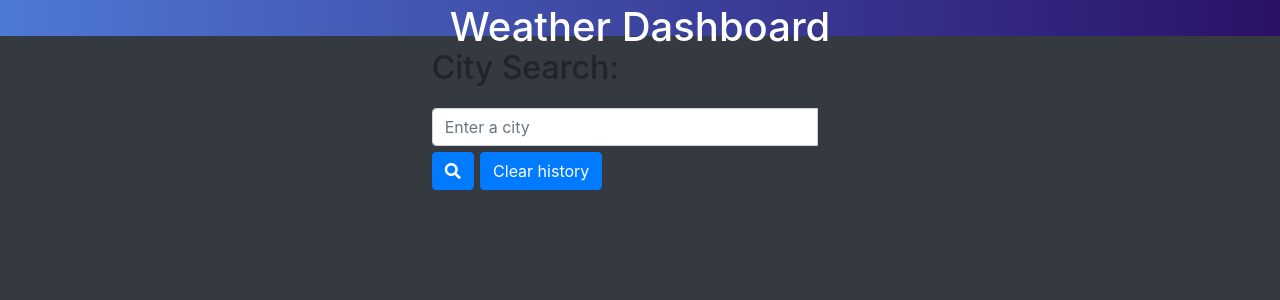
Repository: brenhamp/weather-dashboard
Page: index.html
The author's editor kept a copy of each file at every save. The page is drawn from the files as they stood at one save, then again after the next save.
The browser window is 1280 px wide. The pictures show the whole page.
Some web libraries are served in a nearby version.

Above is the page before, as saved 2021-12-12 21:46:32.

### index.html
<!DOCTYPE html>
<html lang="en">
<head>
    <meta charset="UTF-8">
    <meta http-equiv="X-UA-Compatible" content="IE=edge">
    <meta name="viewport" content="width=device-width, initial-scale=1.0">
    <link rel="stylesheet" href="./assets/css/style.css">
    <link rel="stylesheet" href="https://stackpath.bootstrapcdn.com/bootstrap/4.3.1/css/bootstrap.min.css" crossorigin="anonymous">
    <link rel="stylesheet" href="https://cdnjs.cloudflare.com/ajax/libs/font-awesome/5.11.2/css/all.min.css">
    <title>Weather Dashboard</title>
</head>
<body class="bg-dark">
    <header class="hero">
        <h1>Weather Dashboard</h1>
    </header>

    <div class="row container-fluid">
        <div class="col-lg-4">
            <h2>City Search:</h2>
            <div class="input-group">
                <input id="city-input" type="text" class="form-control" placeholder="Enter a city" aria-label="Enter a city">
                <div class="input-group append">
                    <button class="btn btn-primary" type="button" id="search-button">
                        <i class="fas fa-search"></i>
                    </button>

                    <button class="btn btn-primary" type="button" id="clear-history">Clear history</button>
                </div>
            </div>

            <form id="history"></form>

        </div>
        <div class="col-lg-9">
            <div class="row text-center">
                <div id="todays-weather">
                    <div>
                        <h2 id="city-name" class="city-name">
                        </h2>
                        <img id="sky">
                        <div id="temperature"></div>
                        <div id="humidity"></div>
                        <div id="wind"></div>
                        <div id="UV"></div>
                    </div>
                </div>
            </div>

            <!-- hide forecast until needed -->
            <div id="five-day-forecast" class="d-none">
                <h3>Five-Day Forecast</h3>
                <div class="row">
                    <div class="forecast"></div>
                    <div class="forecast"></div>
                    <div class="forecast"></div>
                    <div class="forecast"></div>
                    <div class="forecast"></div>
                </div>
            </div>
        </div>
    </div>


    <script src="https://unpkg.com/axios/dist/axios.min.js"></script>
    <script src="./assets/js/script.js"></script>

</body>
</html>

### assets/css/style.css
.hero {
    background-image: linear-gradient(to right, rgb(78, 121, 214), rgb(43, 17, 104));
    height: 5vh;
    text-align: center;
    margin: auto;
    line-height: 5vh;
    color: white
}

h1 {
    line-height: inherit;
    padding: .25vw 0;
}

h2 {
    padding: 1vw 0;
}

h3 {
    padding: 1vw 0 1vw 1vw;
}

.row {
    justify-content: space-around;
}

p {
    text-align: center;
}

button:not(:disabled) {
    margin: 0.5vw 0.5vw 0.5vw 0;
}

#history {
    margin: auto;
}

.forecast {
    padding: .25vw;
    background-color:rgb(113, 113, 246);
    height: 18vh;
    width: 15%;
    border-radius:10px;
}

### assets/js/script.js
function weatherDashboard() {
    //define HTML elements
const city = document.getElementById("city-input");
const search = document.getElementById("search-button");
const clear = document.getElementById("clear-history");
const name = document.getElementById("city-name");
const sky = document.getElementById("sky");
const temp = document.getElementById("temperature");
const humidity = document.getElementById("humidity");
const wind = document.getElementById("wind");
const UV = document.getElementById("UV");
const history = document.getElementById("history");
const forecast = document.getElementById("five-day-forecast");
const todaysWeather = document.getElementById("todays-weather");

    //my API key from OpenWeather
    apiKey = "4f9f2b98f7dbd0bd303f0561775c2890";

    //function to contain all API requests
    function getWeather(cityName) {
        let queryURL = "https://api.openweathermap.org/data/2.5/weather?q=" + cityName + "&units=imperial" + "&appid=" + apiKey;
        axios.get(queryURL)
        .then(function(response) {
            todaysWeather.classList.remove("d-none");

            //retrieve current date for displaying
            currentDate = new Date(response.data.dt * 1000);
            day = currentDate.getDate();
            month = currentDate.getMonth() + 1;
            year = currentDate.getFullYear();

            name.innerHTML = response.data.name + " (" + month + "/" + day + "/" + year +")";

            //display today's weather including sky icon, temp, humidity and wind speed
            let skyImg = response.data.weather[0].icon;
            sky.setAttribute("src", "https://openweathermap.org/img/wn/" + skyImg + "@2x.png");
            sky.setAttribute("alt", response.data.weather[0].description);
            temp.innerHTML = "Temperature: " + response.data.main.temp + " &#176F";
            humidity.innerHTML = "Humidity: " + response.data.main.humidity + "%";
            wind.innerHTML = "Wind Speed: " + response.data.wind.speed + " MPH";

            //get UV index using latitude and longitude
            let lat = response.data.coord.lat;
            let lon = response.data.coord.lon;
            let UVQueryURL = "https://api.openweathermap.org/data/2.5/uvi/forecast?lat=" + lat + "&lon=" + lon + "&units=imperial" + "&appid=" + apiKey + "&cnt=1";
            axios.get(UVQueryURL)
                .then(function (response) {
                    //use span for HTML convenience
                    let UVIndex = document.createElement("span");

                    //change color to indicate mild/moderate/severe UV levels
                    if (response.data[0].value < 4 ) {
                        UVIndex.setAttribute("class", "badge badge-success");
                    }
                    else if (response.data[0].value < 8) {
                        UVIndex.setAttribute("class", "badge badge-warning");
                    }
                    else {
                        UVIndex.setAttribute("class", "badge badge-danger");
                    }
                    //append to HTML
                    UVIndex.innerHTML = response.data[0].value;
                    UV.innerHTML = "UV Index: ";
                    UV.append(UVIndex);
        });

           //five-day forecast script
           let cityID = response.data.id;
           let forecastQueryURL = "https://api.openweathermap.org/data/2.5/forecast?id=" + cityID + "&units=imperial" + "&appid=" + apiKey;
           axios.get(forecastQueryURL)
               .then(function (response) {
                   //when query is sent, show the forecast elements
                   forecast.classList.remove("d-none");

                       //select all forecast divs and assign future dates to them in order
                       const forecastEls = document.querySelectorAll(".forecast");
                       for (i = 0; i < forecastEls.length; i++) {
                           forecastEls[i].innerHTML = "";
                           const forecastIndex = i * 8 + 4;
                           const forecastDate = new Date(response.data.list[forecastIndex].dt * 1000);
                           const forecastDay = forecastDate.getDate();
                           const forecastMonth = forecastDate.getMonth() + 1;
                           const forecastYear = forecastDate.getFullYear();
                           const forecastDateEl = document.createElement("p");
                           forecastDateEl.setAttribute("class", "mt-3 mb-0 forecast-date");
                           forecastDateEl.innerHTML = forecastMonth + "/" + forecastDay + "/" + forecastYear;
                           forecastEls[i].append(forecastDateEl);

                           //append sky icons and weather info to each future day forecast
                           const forecastSky = document.createElement("img");
                           forecastSky.setAttribute("src", "https://openweathermap.org/img/wn/" + response.data.list[forecastIndex].weather[0].icon + "@2x.png");
                           forecastSky.setAttribute("alt", response.data.list[forecastIndex].weather[0].description);
                           forecastSky.setAttribute("class", "mx-auto text-center d-flex");
                           forecastEls[i].append(forecastSky);
                           const forecastTempEl = document.createElement("p");
                           forecastTempEl.innerHTML = "Temp: " + response.data.list[forecastIndex].main.temp + " &#176F";
                           forecastEls[i].append(forecastTempEl);
                           const forecastHumidityEl = document.createElement("p");
                           forecastHumidityEl.innerHTML = "Humidity: " + response.data.list[forecastIndex].main.humidity + "%";
                           forecastEls[i].append(forecastHumidityEl);
                       }
                    })
    });
}

    //search history functionality
    let searchHistory = JSON.parse(localStorage.getItem("search")) || [];

    function renderSearchHistory () {
        //start off blank
        history.innerHTML = "";
        //create new history item each time a city name is submitted
        for (let i = 0; i < searchHistory.length; i++) {
            const historyEl = document.createElement("input");
                historyEl.setAttribute("type", "text");
                historyEl.setAttribute("readonly", true);
                historyEl.setAttribute("class", "d-inline-block bg-dark text-light text-center align-center");
                historyEl.setAttribute("value", searchHistory[i]);
                historyEl.addEventListener("click", function() {
                getWeather(historyEl.value);
            })
            history.append(historyEl);
        }
    }

    //initial call for history function
    renderSearchHistory();

    //listener for search; save searches to localStorage
    search.addEventListener("click",  function () {
        searchTerm = city.value;
        getWeather(searchTerm);
        searchHistory.push(searchTerm);
        localStorage.setItem("search", JSON.stringify(searchHistory));
        renderSearchHistory();
    })


    //listener for clear button; clear localStorage and leave search array blank
    clear.addEventListener("click", function () {
        localStorage.clear();
        searchHistory = [];
        renderSearchHistory();
    })


};

//initialize javascript
weatherDashboard ();

After the next save:
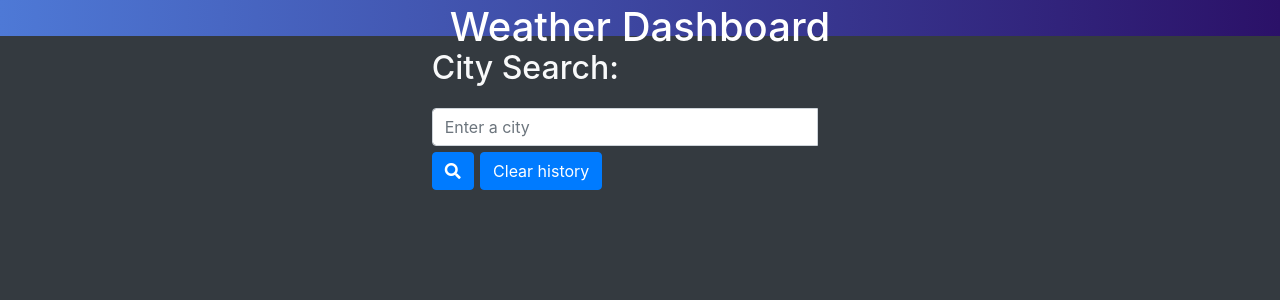
Saved 23 s later.
--- a/index.html
+++ b/index.html
@@ -9,7 +9,7 @@
     <link rel="stylesheet" href="https://cdnjs.cloudflare.com/ajax/libs/font-awesome/5.11.2/css/all.min.css">
     <title>Weather Dashboard</title>
 </head>
-<body class="bg-dark">
+<body class="bg-dark text-light">
     <header class="hero">
         <h1>Weather Dashboard</h1>
     </header>
